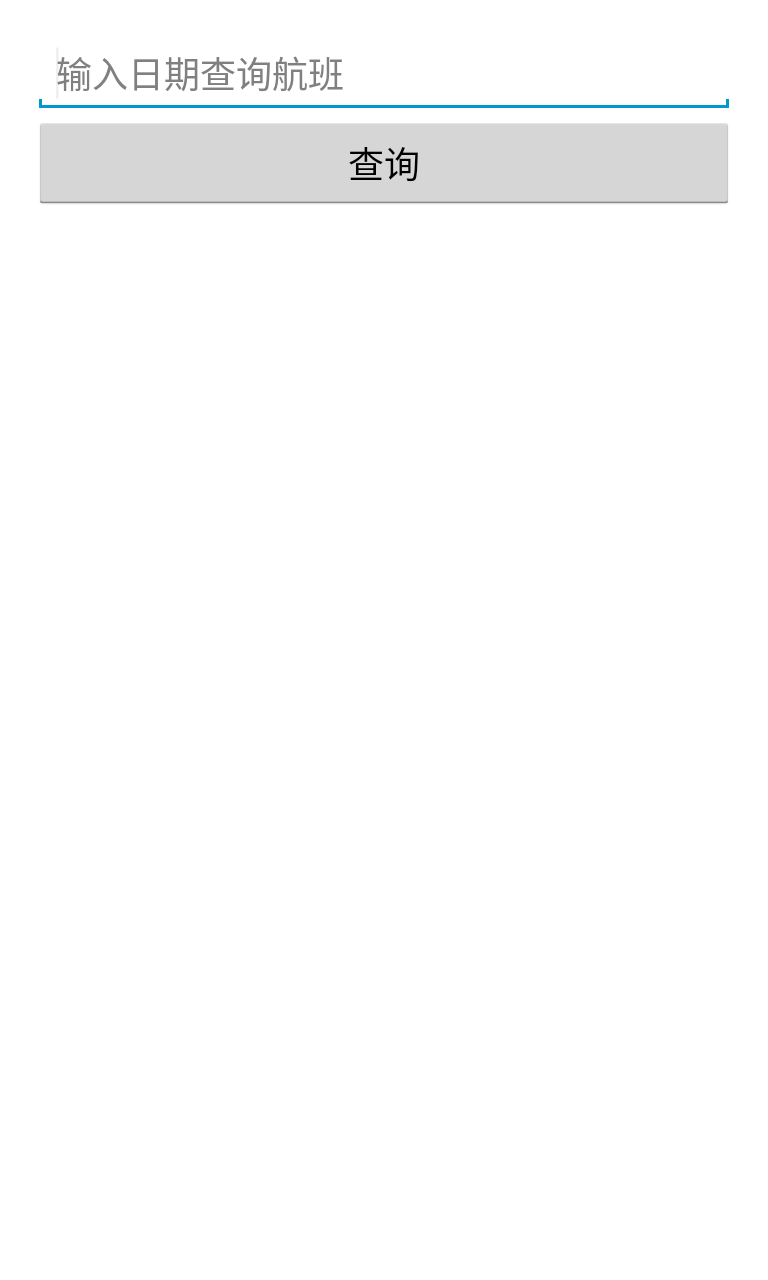
Repository: xuelang201201/Android
Layout: Android网络/android_day03_httpclient/res/layout/activity_main.xml
The author's editor kept a copy of each file at every save. The layout is drawn from the files as they stood at one save, then again after the next save.
It is drawn on a 768 x 1280 px phone screen (xhdpi) without system bars, with theme AppTheme; the app's code is not run.

Above is the layout before, as saved 2016-03-02 04:23:16.

### Android网络/android_day03_httpclient/res/layout/activity_main.xml
<RelativeLayout xmlns:android="http://schemas.android.com/apk/res/android"
    xmlns:tools="http://schemas.android.com/tools"
    android:layout_width="match_parent"
    android:layout_height="match_parent"
    android:paddingBottom="@dimen/activity_vertical_margin"
    android:paddingLeft="@dimen/activity_horizontal_margin"
    android:paddingRight="@dimen/activity_horizontal_margin"
    android:paddingTop="@dimen/activity_vertical_margin"
    tools:context=".MainActivity" >

    <EditText
        android:id="@+id/et_date"
        android:layout_width="match_parent"
        android:layout_height="wrap_content"
        android:layout_alignParentLeft="true"
        android:layout_alignParentTop="true"
        android:ems="10"
        android:hint="输入日期查询航班" >

        <requestFocus />
    </EditText>

    <Button
        android:id="@+id/btn_query"
        android:layout_width="match_parent"
        android:layout_height="wrap_content"
        android:layout_alignRight="@+id/et_date"
        android:layout_below="@+id/et_date"
        android:onClick="doClick"
        android:text="查询" />

</RelativeLayout>

Loaded but not shown: Android网络/android_day03_httpclient/res/values/styles.xml (common file); Android网络/android_day03_httpclient/res/values-v11/styles.xml (common file); Android网络/android_day03_httpclient/res/values-v14/styles.xml (common file); Android网络/android_day03_httpclient/res/values/dimens.xml (common file)

After the next save:
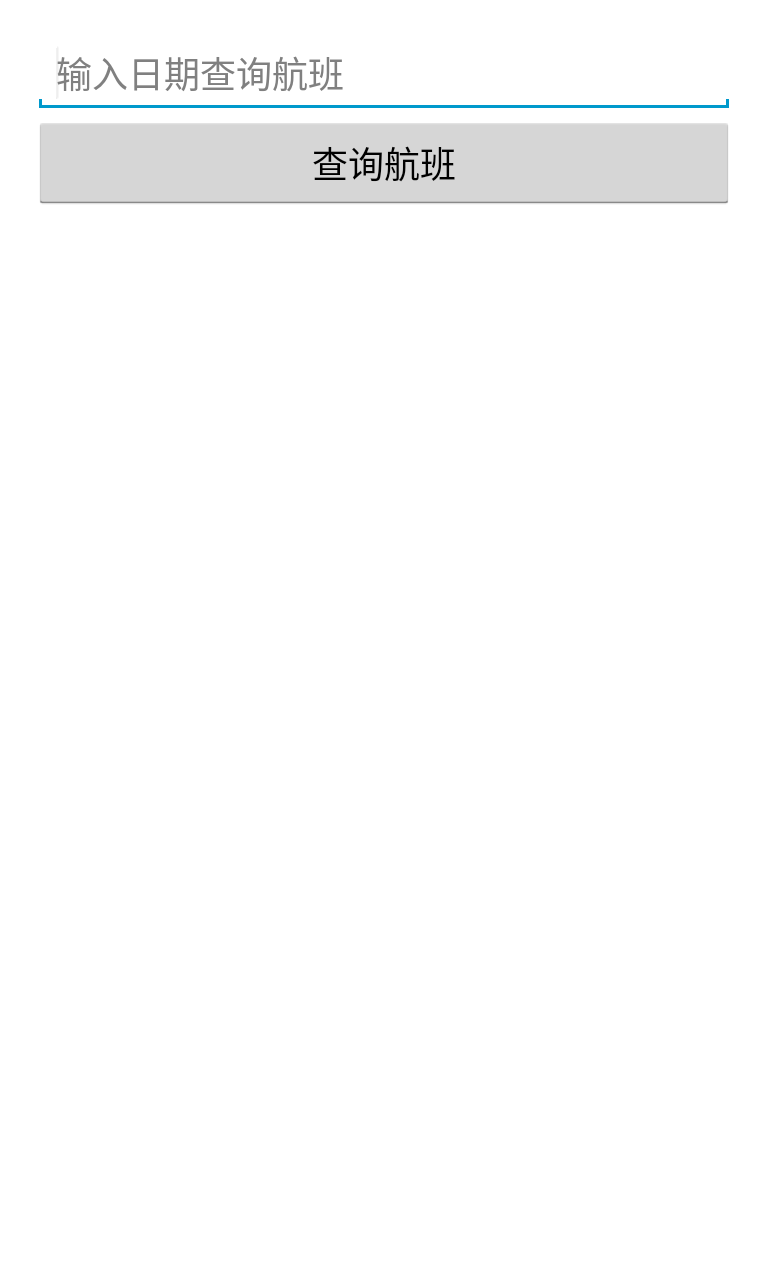
Saved 5 min 30 s later.
--- a/Android网络/android_day03_httpclient/res/layout/activity_main.xml
+++ b/Android网络/android_day03_httpclient/res/layout/activity_main.xml
@@ -27,6 +27,6 @@
         android:layout_alignRight="@+id/et_date"
         android:layout_below="@+id/et_date"
         android:onClick="doClick"
-        android:text="查询" />
+        android:text="查询航班" />
 
 </RelativeLayout>
